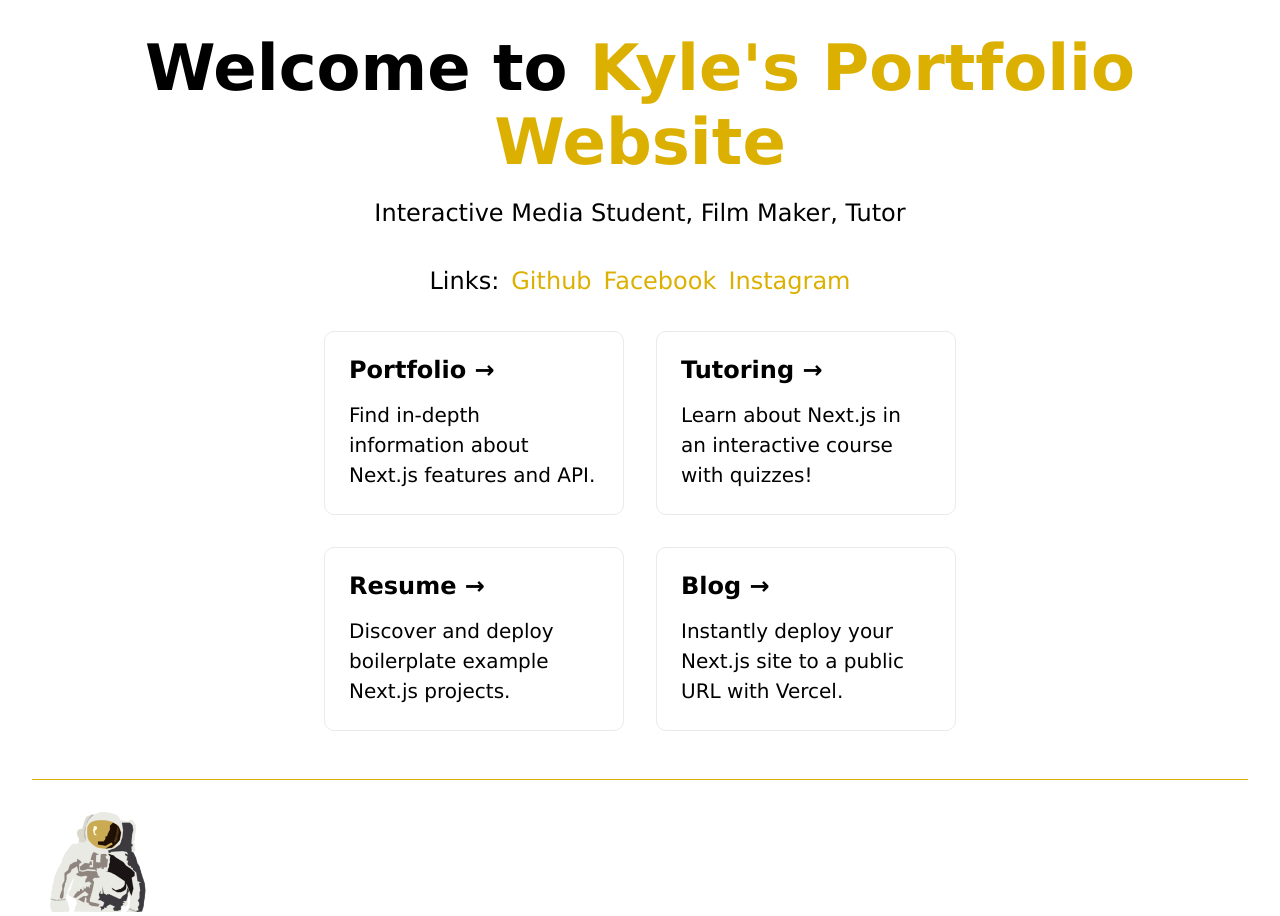
Repository: neomort/CL-portfolio-site
Page: /
An editor plug-in stored every save of this project. The page is shown before and after the next save, followed by the edit.
The browser window is 1280 px wide. The pictures show the whole page.
The project was rebuilt for these pictures with package versions that can differ from the ones it lists, and the page was loaded fresh each time. The framework's server and built-in components were replaced by stand-ins that run in the browser. Also part of the build but not shown: next.config.js.

Above is the page before, as saved 2021-12-14 14:41:37.

### pages/_document.js
import Document, { Html, Head, Main, NextScript } from 'next/document'

class MyDocument extends Document {


  render() {
    return (
      <Html>
        <Head>
        <link rel="apple-touch-icon" sizes="180x180" href="/images/favicons/apple-touch-icon.png" />
        <link rel="icon" type="image/png" sizes="32x32" href="/images/favicons/favicon-32x32.png" />
        <link rel="icon" type="image/png" sizes="16x16" href="/images/favicons/favicon-16x16.png" />
        <link rel="manifest" href="/images/favicons//site.webmanifest" />
        <link rel="mask-icon" href="/safari-pinned-tab.svg" color="#5bbad5" />
        <meta name="msapplication-TileColor" content="#da532c" />
        <meta name="theme-color" content="#ffffff"></meta>
        </Head>

        <body>
          <Main />
          <NextScript />
        </body>
      </Html>
    )
  }
}

export default MyDocument

### pages/index.js
import Head from 'next/head'
import Image from 'next/image'
import styles from '../styles/Home.module.css'

export default function Home() {
  return (
    <div className={styles.container}>
      <Head>
        <title>Kyle's Portfolio</title>
        <meta name="description" content="If you are reading this you are really impressive" />

      </Head>

      <main className={styles.main}>
        <h1 className={styles.title}>
          Welcome to <a href="https://kyleadams.com/">Kyle's Portfolio Website</a>
        </h1>

        <p className={styles.description}>
        Interactive Media Student, Film Maker, Tutor
        </p>

        <p className={styles.description}>
          Links:
          <a href="https://github.com/neomort">Github</a>
          <a href="https://github.com/neomort">Facebook</a>
          <a href="https://github.com/neomort">Instagram</a>
          {/* <code className={styles.code}>this is code</code> */}
        </p>

        <div className={styles.grid}>
          <a href="https://nextjs.org/docs" className={styles.card}>
            <h2>Portfolio &rarr;</h2>
            <p>Find in-depth information about Next.js features and API.</p>
          </a>

          <a href="https://nextjs.org/learn" className={styles.card}>
            <h2>Tutoring &rarr;</h2>
            <p>Learn about Next.js in an interactive course with quizzes!</p>
          </a>

          <a
            href="https://github.com/vercel/next.js/tree/master/examples"
            className={styles.card}
          >
            <h2>Resume &rarr;</h2>
            <p>Discover and deploy boilerplate example Next.js projects.</p>
          </a>

          <a
            href="https://vercel.com/new?utm_source=create-next-app&utm_medium=default-template&utm_campaign=create-next-app"
            className={styles.card}
          >
            <h2>Blog &rarr;</h2>
            <p>
              Instantly deploy your Next.js site to a public URL with Vercel.
            </p>
          </a>
        </div>
      </main>

      <footer className={styles.footer}>
        <a
          href="https://kyleadams.com/"
          target="_blank"
          rel="noopener noreferrer"
        >

          <span className={styles.logo}>
            <Image src="/images/favicons/apple-touch-icon.png" alt="Spaceman" width={100} height={100} />
          </span>
        </a>
      </footer>
    </div>
  )
}

### styles/globals.css
html,
body {
  padding: 0;
  margin: 0;
  font-family:  Verdana, Geneva, Tahoma, sans-serif;
}

a {
  color: inherit;
  text-decoration: none;
}

* {
  box-sizing: border-box;
}

### styles/Home.module.css
.container {
  padding: 0 2rem;
}

.main {
  min-height: 100vh;
  padding: 2rem 0;
  flex: 1;
  display: flex;
  flex-direction: column;
  justify-content: center;
  align-items: center;
}

.footer {
  display: flex;
  flex: 1;
  padding: 2rem 0;
  border-top: 1px solid #dcb000;
  justify-content: left;
  align-items: center;
}

.footer a {
  display: flex;
  justify-content: left;
  align-items: center;
  flex-grow: 1;
}

.title a {
  color: #dcb000;
  text-decoration: none;
}

.title a:hover,
.title a:focus,
.title a:active {
  text-decoration: underline;
}

.title {
  margin: 0;
  line-height: 1.15;
  font-size: 4rem;
}

.title,
.description {
  text-align: center;
}

.description {
  margin: 1rem 0;
  line-height: 1.5;
  font-size: 1.5rem;
}

.description a{
  padding-left: 0.75rem;
  color: #dcb000;
  text-decoration: none;
}

.code {
  background: #fafafa;
  border-radius: 5px;
  padding: 0.75rem;
  font-size: 1.1rem;
  font-family: Menlo, Monaco, Lucida Console, Liberation Mono, DejaVu Sans Mono,
    Bitstream Vera Sans Mono, Courier New, monospace;
}

.grid {
  display: flex;
  align-items: center;
  justify-content: center;
  flex-wrap: wrap;
  max-width: 800px;
}

.card {
  margin: 1rem;
  padding: 1.5rem;
  text-align: left;
  color: inherit;
  text-decoration: none;
  border: 1px solid #eaeaea;
  border-radius: 10px;
  transition: color 0.15s ease, border-color 0.15s ease;
  max-width: 300px;
}

.card:hover,
.card:focus,
.card:active {
  color: #0070f3;
  border-color: #0070f3;
}

.card h2 {
  margin: 0 0 1rem 0;
  font-size: 1.5rem;
}

.card p {
  margin: 0;
  font-size: 1.25rem;
  line-height: 1.5;
}

.logo {
  height: 2em;
  margin-left: 1rem;
}

@media (max-width: 600px) {
  .grid {
    width: 100%;
    flex-direction: column;
  }
}

Loaded but not shown: pages/_app.js (common file)

After the next save:
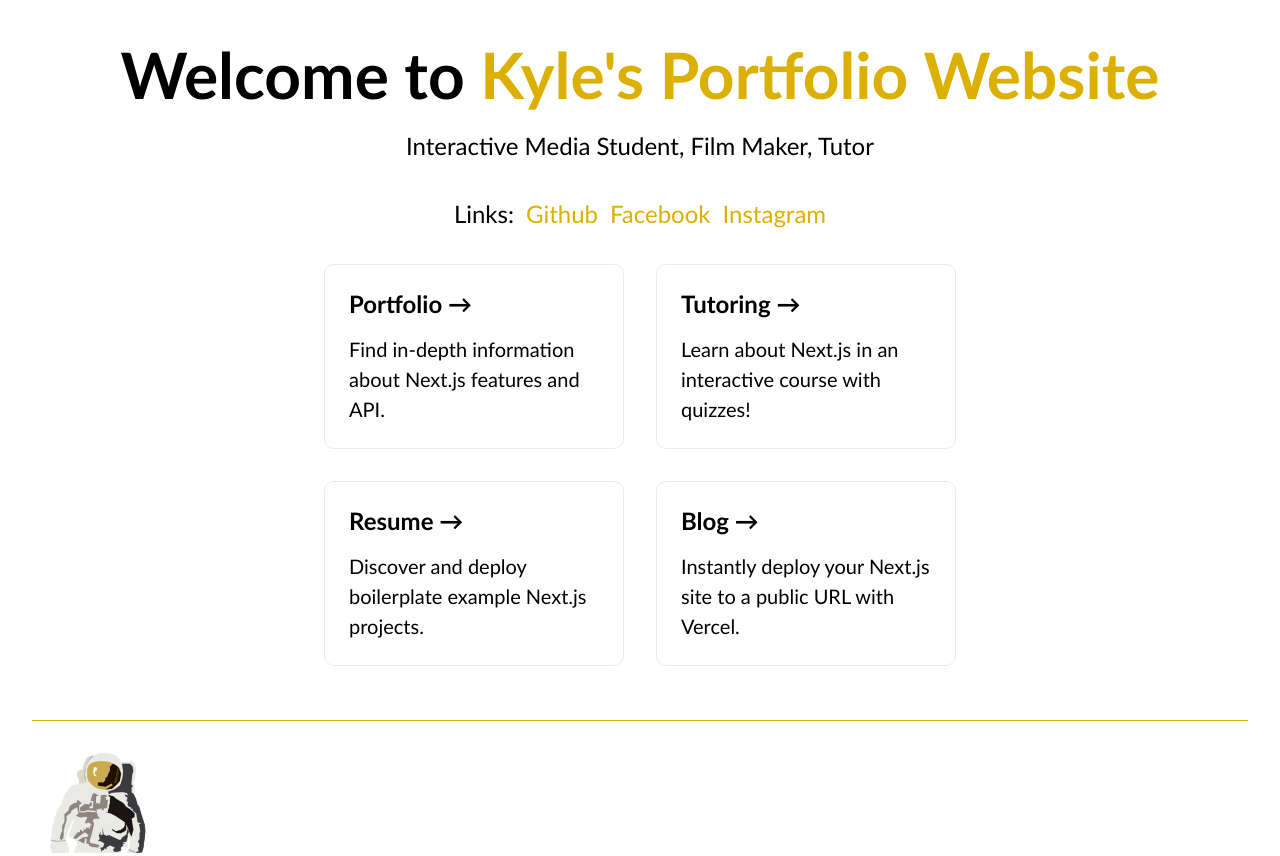
Saved 25 s later.
--- a/styles/globals.css
+++ b/styles/globals.css
@@ -2,7 +2,7 @@
 body {
   padding: 0;
   margin: 0;
-  font-family:  Verdana, Geneva, Tahoma, sans-serif;
+  font-family:  'Gill Sans', 'Gill Sans MT', Calibri, 'Trebuchet MS', sans-serif;
 }
 
 a {

After the save that followed:
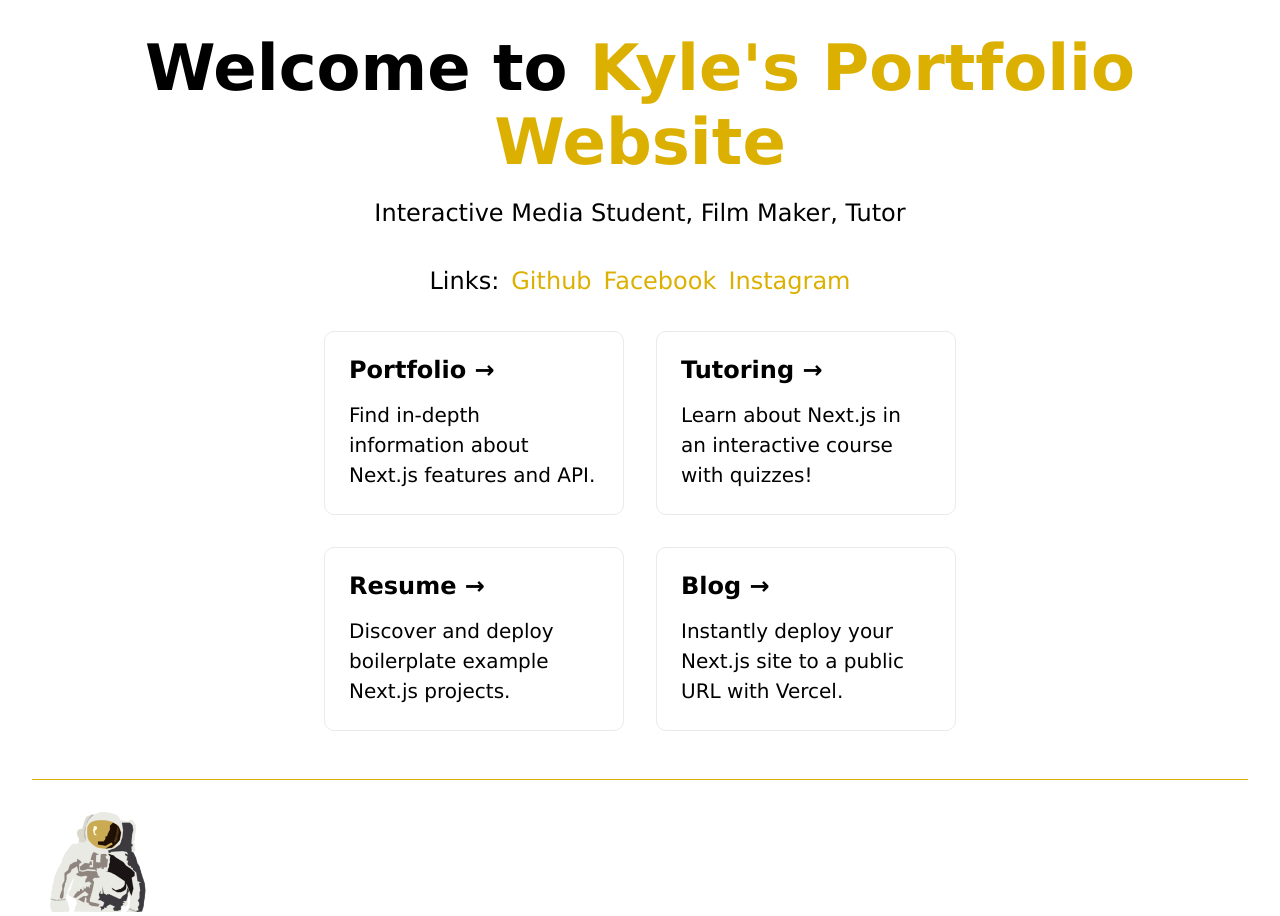
Saved 80 s later.
--- a/styles/globals.css
+++ b/styles/globals.css
@@ -2,7 +2,7 @@
 body {
   padding: 0;
   margin: 0;
-  font-family:  'Gill Sans', 'Gill Sans MT', Calibri, 'Trebuchet MS', sans-serif;
+  font-family:  'Lucida Sans', 'Lucida Sans Regular', 'Lucida Grande', 'Lucida Sans Unicode', Geneva, Verdana, sans-serif;
 }
 
 a {
